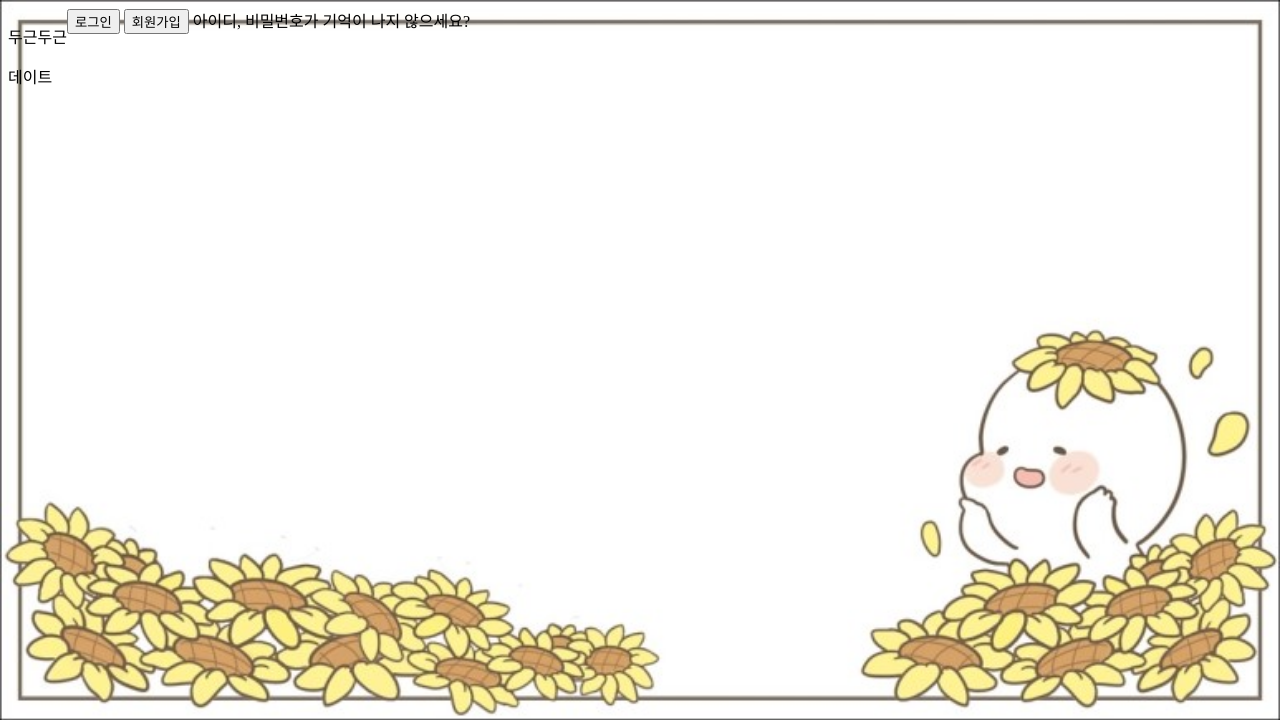
Repository: pinokio531/date_application
Page: http://localhost/doogeunDate/ex.jsp
An editor plug-in stored every save of this project. The page is shown before and after the next save, followed by the edit.
The browser window is 1280 px wide. The pictures show the whole page.
The page is served by Tomcat 9.

Above is the page before, as saved 2019-05-31 12:47:14.

After the next save:
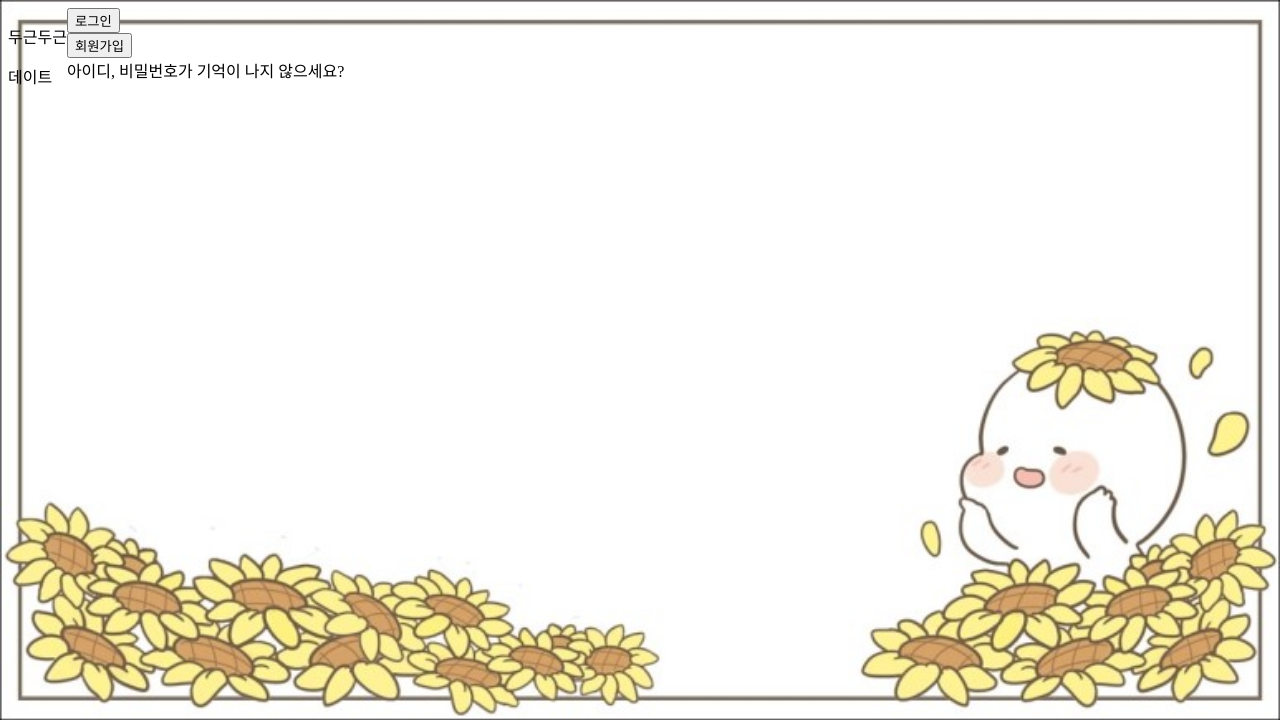
Saved 62 s later.
--- a/doogeunDate/WebContent/ex.jsp
+++ b/doogeunDate/WebContent/ex.jsp
@@ -14,9 +14,15 @@
 <p>데이트</p>
 </div>
 <div id="buttonsDIV">
+<div>
 <input type="button" value="로그인" onclick="location.href='login.jsp'">
+</div>
+<div>
 <input type="button" value="회원가입" onclick="location.href='joinForm.jsp'">
+</div>
+<div>
 <a>아이디, 비밀번호가 기억이 나지 않으세요?</a>
+</div>
 </div>
 
 </body>
